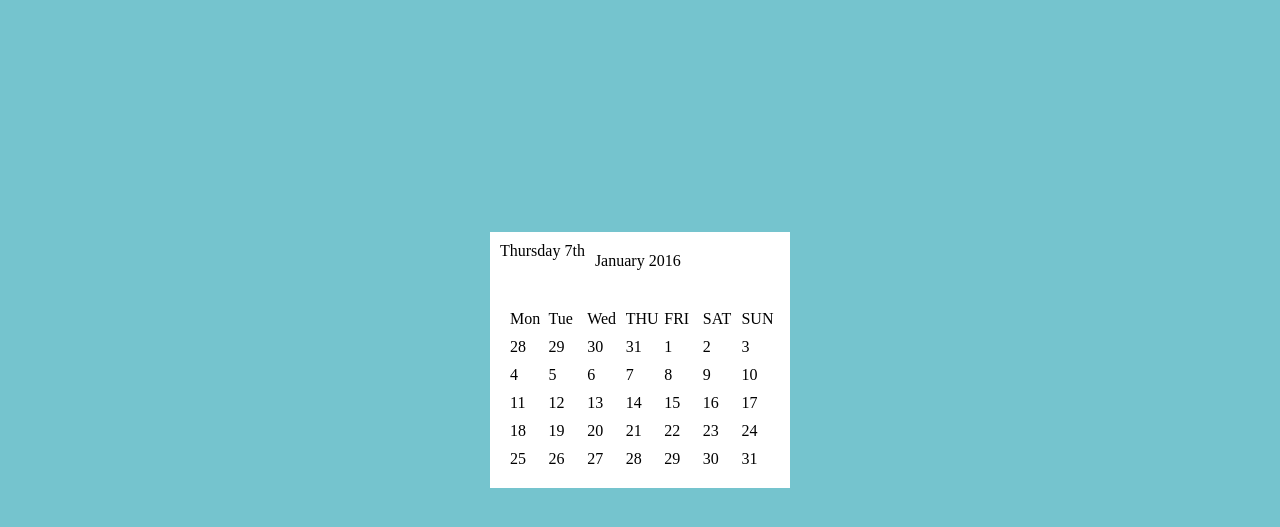
Repository: KYUUBI-K/HTML
Page: За 1 курс/Лаб 4/calendar.html
An editor plug-in stored every save of this project. The page is shown before and after the next save, followed by the edit.
The browser window is 1280 px wide. The pictures show the whole page.

Above is the page before, as saved 2021-03-30 13:28:13.

After the next save:
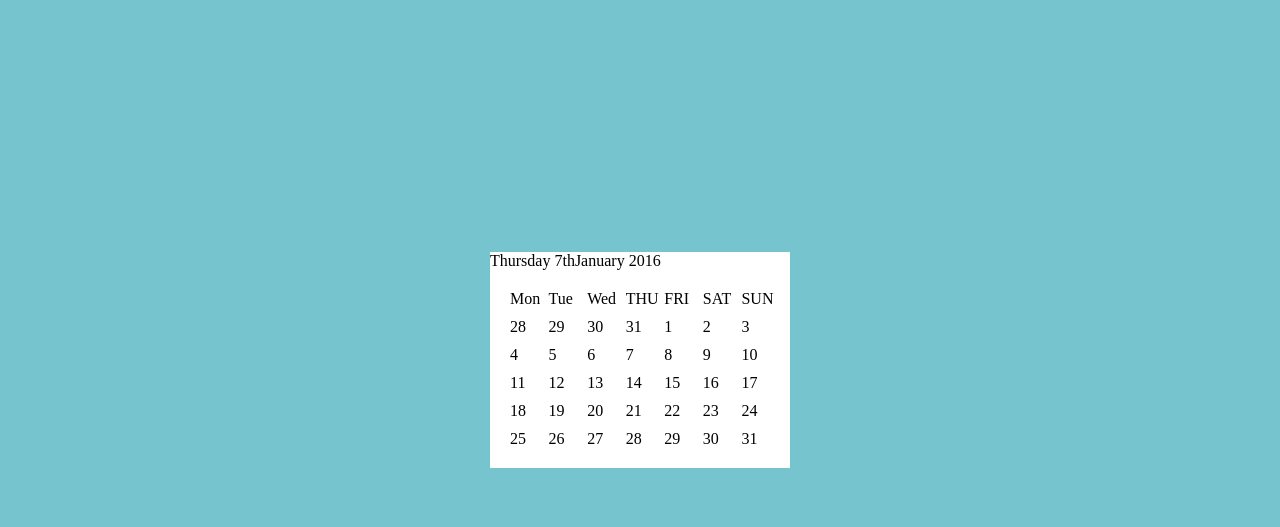
Saved 5 s later.
--- a/За 1 курс/Лаб 4/for_calend.css
+++ b/За 1 курс/Лаб 4/for_calend.css
@@ -22,5 +22,5 @@ body{
 }
 .today{
     display: flex;
-    padding: 10px;
+
 }
